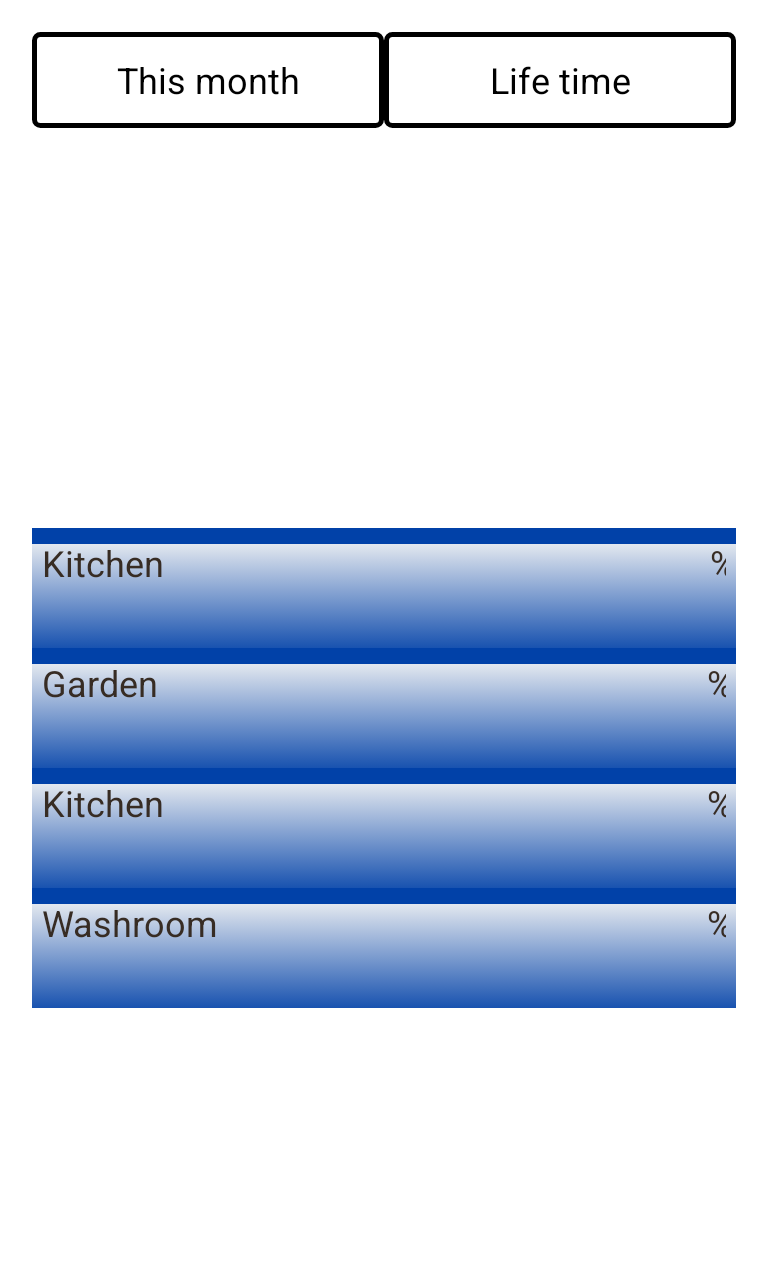
Repository: prabushitha/hydrosaver
Layout: hydrosaver/res/layout/activity_sections.xml
The author's editor kept a copy of each file at every save. The layout is drawn from the files as they stood at one save, then again after the next save.
It is drawn on a 768 x 1280 px phone screen (xhdpi) without system bars, with theme AppTheme; the app's code is not run.

Above is the layout before, as saved 2016-10-08 08:59:23.

### hydrosaver/res/layout/activity_sections.xml
<RelativeLayout xmlns:android="http://schemas.android.com/apk/res/android"
    xmlns:tools="http://schemas.android.com/tools"
    android:layout_width="match_parent"
    android:layout_height="match_parent"
    android:paddingBottom="@dimen/activity_vertical_margin"
    android:paddingLeft="@dimen/activity_horizontal_margin"
    android:paddingRight="@dimen/activity_horizontal_margin"
    android:paddingTop="@dimen/activity_vertical_margin"
    tools:context="com.whileloop.hydrosaver.SectionsActivity" >

    <TableLayout
    android:layout_width="fill_parent"
    android:layout_height="fill_parent"
    android:stretchColumns="*">
	    <TableRow>
	       <Button android:id="@+id/thismonth"
	                 android:layout_width="0dp"
	                 android:layout_weight="1"
	                android:layout_height="wrap_content"

	                android:background="@drawable/section_button"
	                android:text="This month"/>
	        <Button android:id="@+id/lifetime"
	                 android:layout_width="0dp"
	                 android:layout_weight="1"
	                android:layout_height="wrap_content"

	                android:background="@drawable/section_button"
	                android:text="Life time"/>



	    </TableRow>
	    <TableRow
	        >
	        <TextView android:layout_width="fill_parent"
	                 android:layout_height="wrap_content"
	                android:textColor="#372c24"
	                android:minHeight="200dp"
	          		android:textSize="18sp"

	               />
	    </TableRow>
	    <TableRow
	        android:background="@drawable/section_tabs">

	        <TextView android:layout_width="fill_parent"
	                 android:layout_height="wrap_content"
	                android:textColor="#372c24"
	                android:minHeight="50dp"


	               android:textSize="18sp"

	               android:layout_weight="1"
	                android:text="Kitchen"/>
	        <TextView android:layout_width="fill_parent"
	                 android:layout_height="wrap_content"
	                android:textColor="#372c24"

	                android:minHeight="50dp"
	               android:textSize="18sp"
	               android:layout_weight="1"
	               android:layout_gravity="right"
	                android:text="%"/>

	    </TableRow>
	    <TableRow
	         android:background="@drawable/section_tabs">

	        <TextView android:layout_width="fill_parent"
	                 android:layout_height="wrap_content"
	                android:textColor="#372c24"
	                android:minHeight="50dp"

	               android:textSize="18sp"

	               android:layout_weight="2"
	                android:text="Garden"/>
	        <TextView android:layout_width="fill_parent"
	                 android:layout_height="wrap_content"
	                android:textColor="#372c24"

	                android:minHeight="50dp"
	               android:textSize="18sp"
	               android:layout_weight="1"
	               android:layout_gravity="right"
	                android:text="%"/>

	    </TableRow>
	    <TableRow
	        android:background="@drawable/section_tabs">

	        <TextView android:layout_width="fill_parent"
	                 android:layout_height="wrap_content"
	                android:textColor="#372c24"
	                android:minHeight="50dp"

	               android:textSize="18sp"

	               android:layout_weight="2"
	                android:text="Kitchen"/>
	        <TextView android:layout_width="fill_parent"
	                 android:layout_height="wrap_content"
	                android:textColor="#372c24"

	                android:minHeight="50dp"
	               android:textSize="18sp"
	               android:layout_weight="1"
	               android:layout_gravity="right"
	                android:text="%"/>

	    </TableRow>
	    <TableRow
	        android:background="@drawable/section_tabs">

	        <TextView android:layout_width="fill_parent"
	                 android:layout_height="wrap_content"
	                android:textColor="#372c24"
	                android:minHeight="50dp"

	               android:textSize="18sp"

	               android:layout_weight="2"
	                android:text="Washroom"/>
	        <TextView android:layout_width="fill_parent"
	                 android:layout_height="wrap_content"
	                android:textColor="#372c24"

	                android:minHeight="50dp"
	               android:textSize="18sp"
	               android:layout_weight="1"
	               android:layout_gravity="right"
	                android:text="%"/>

	    </TableRow>







	</TableLayout>

</RelativeLayout>

### hydrosaver/res/drawable-mdpi/section_button.xml
<?xml version="1.0" encoding="utf-8"?>
<shape xmlns:android="http://schemas.android.com/apk/res/android"
  android:shape="rectangle">

  <corners android:radius="3dp" />
  <stroke android:width="5px" android:color="#000000" />
</shape>

### hydrosaver/res/drawable-mdpi/section_tabs.xml
<?xml version="1.0" encoding="utf-8"?>
    <selector xmlns:android="http://schemas.android.com/apk/res/android">
        <item android:state_pressed="true" android:top="1dp" android:bottom="1dp"><layer-list>
                <item android:bottom="-10dp" android:left="-10dp" android:right="-10dp"><shape>
                        <gradient android:angle="270" android:endColor="#0141a8" android:startColor="#f2f3f4" />

                        <stroke android:width="8dp" android:color="#0141a8" />

                        <corners android:radius="5dp" />

                        <padding android:bottom="5dp" android:left="5dp" android:right="5dp" android:top="5dp" />
                    </shape></item>
            </layer-list></item>
        <item android:state_enabled="true"><layer-list>
                <item android:bottom="-10dp" android:left="-10dp" android:right="-10dp"><shape android:shape="rectangle">
                        <gradient android:angle="270" android:endColor="#0141a8" android:startColor="#f2f3f4" />

                        <stroke android:width="8dp" android:color="#0141a8" />

                        <corners android:radius="5dp" />

                        <padding android:bottom="3dp" android:left="5dp" android:right="5dp" android:top="5dp" />
                    </shape></item>
            </layer-list></item>

    </selector>

Loaded but not shown: hydrosaver/res/values/styles.xml (common file); hydrosaver/res/values-v11/styles.xml (common file); hydrosaver/res/values-v14/styles.xml (common file); hydrosaver/res/values/dimens.xml (common file); hydrosaver/res/values-w820dp/dimens.xml (common file)

After the next save:
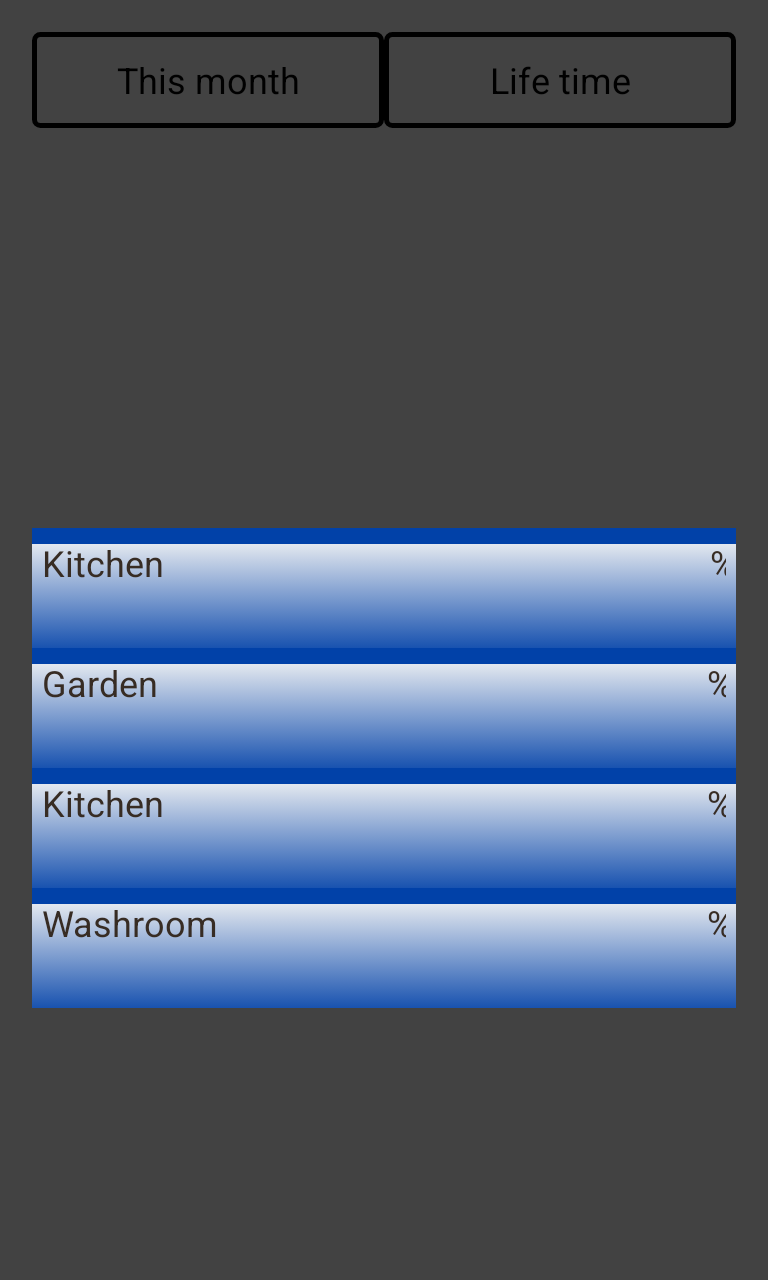
Saved 8 min 49 s later.
--- a/hydrosaver/res/layout/activity_sections.xml
+++ b/hydrosaver/res/layout/activity_sections.xml
@@ -6,7 +6,9 @@
     android:paddingLeft="@dimen/activity_horizontal_margin"
     android:paddingRight="@dimen/activity_horizontal_margin"
     android:paddingTop="@dimen/activity_vertical_margin"
-    tools:context="com.whileloop.hydrosaver.SectionsActivity" >
+    tools:context="com.whileloop.hydrosaver.SectionsActivity"
+    android:background="#424242"
+    >
 
     <TableLayout
     android:layout_width="fill_parent"
